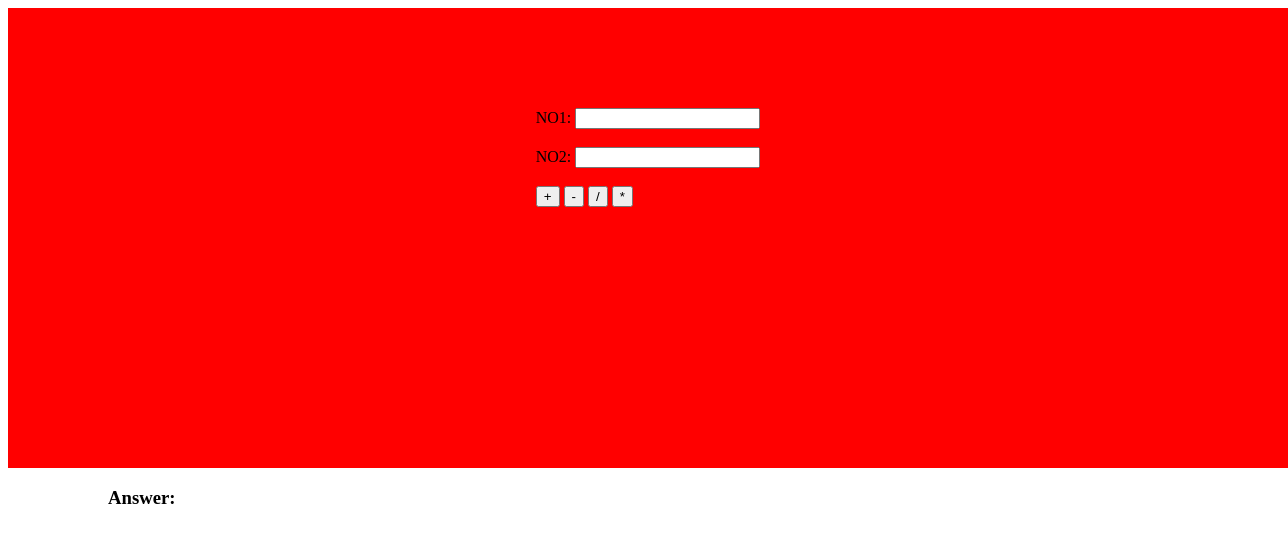
Repository: sajithmadushanka/simple-calculator-using-jsp
Page: http://localhost/simple_calculator/
The author's editor kept a copy of each file at every save. The page is drawn from the files as they stood at one save, then again after the next save.
The browser window is 1280 px wide. The page is 1288 px wide, so the pictures cover 1288 px, including what lies to the right of the window. The pictures show the whole page.
The page is served by Tomcat 9.

Above is the page before, as saved 2023-09-19 09:21:02.

After the next save:
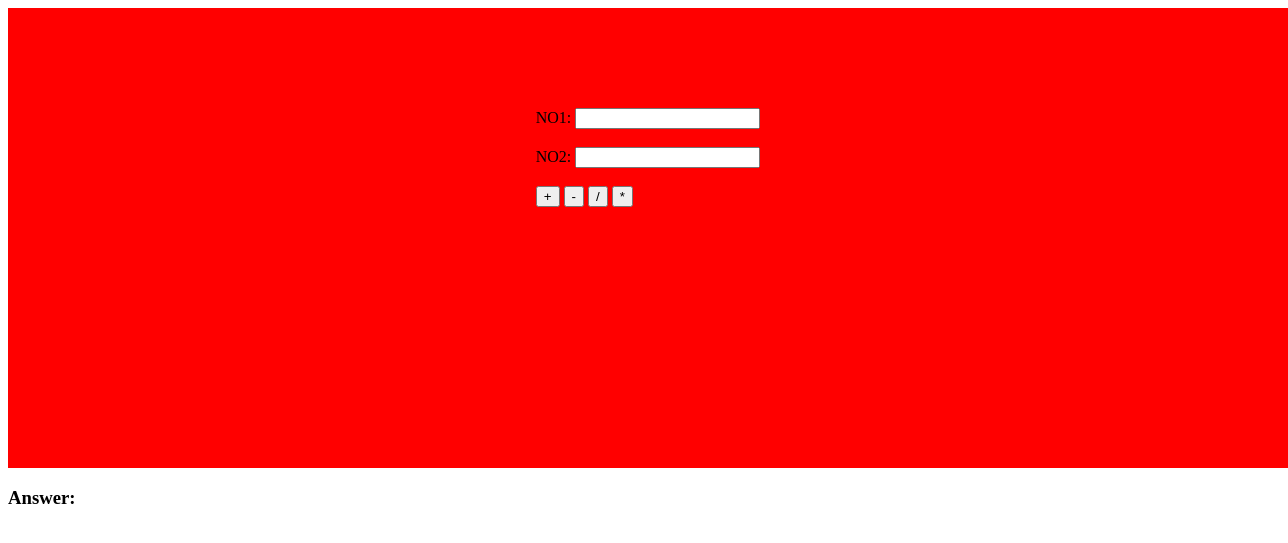
Saved 36 s later.
--- a/simple_calculator/WebContent/index.jsp
+++ b/simple_calculator/WebContent/index.jsp
@@ -15,7 +15,7 @@
 		   	padding-top:100px;
 		}
 	h3{
-	margin-left:100px;
+	text-aline-center;
 	}
 </style>
 </head>
